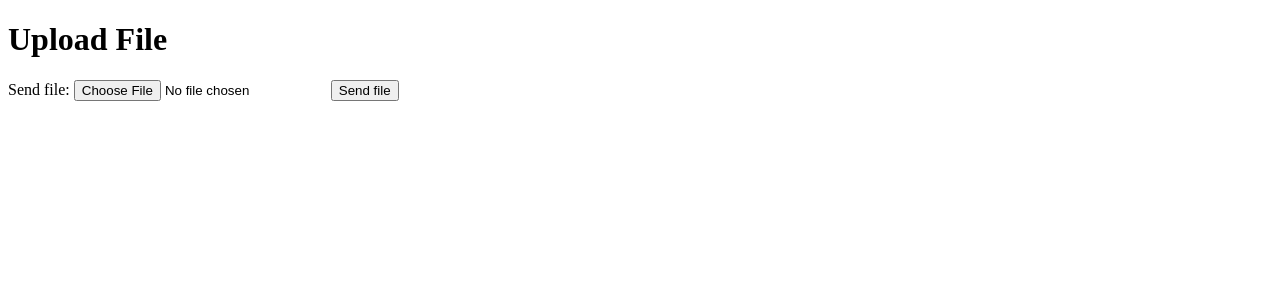
Repository: anhtu2110/backend
Page: http://localhost/backend/section-15-file/uload_image/index.php
The author's editor kept a copy of each file at every save. The page is drawn from the files as they stood at one save, then again after the next save.
The browser window is 1280 px wide. The pictures show the whole page.
The page is run by PHP 8.4 with error messages shown; the project is at /var/www/html/.

Above is the page before, as saved 2022-12-12 22:22:23.

### section-15-file/uload_image/index.php
<?php
if (isset($_POST['send_file'])) {
    #Xử lý upload đúng file ảnh
    $type_allow = array('png', 'jpg', 'gift', 'jpeg');
}
?>
<!DOCTYPE html>
<html lang="en">

<head>
    <meta charset="UTF-8">
    <meta http-equiv="X-UA-Compatible" content="IE=edge">
    <meta name="viewport" content="width=device-width, initial-scale=1.0">
    <title>Upload file ảnh lên server</title>
</head>

<body>
    <h1>Upload File</h1>
    <form action="" method="post" enctype="multipart/form-data">
        <label for="file">Send file:</label>
        <input type="file" name="file" id="file">
        <input type="submit" name="send_file" value="Send file">
    </form>
</body>

</html>

After the next save:
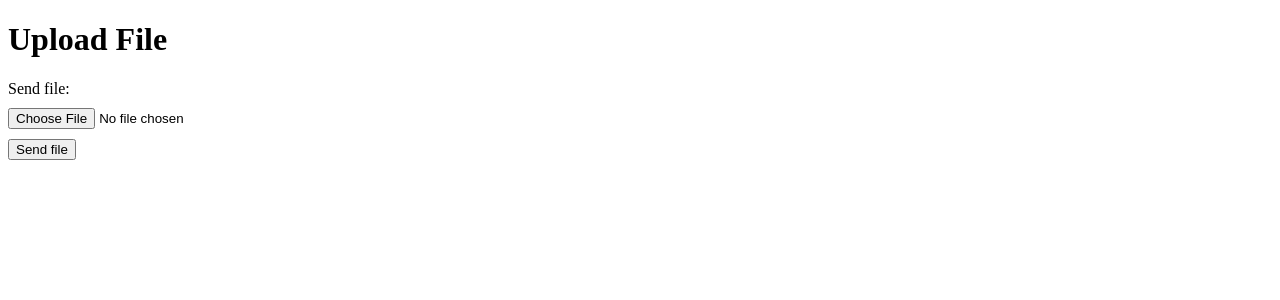
Saved 70 s later.
--- a/section-15-file/uload_image/index.php
+++ b/section-15-file/uload_image/index.php
@@ -8,6 +8,13 @@
 <html lang="en">
 
 <head>
+    <style>
+        label,
+        input {
+            display: block;
+            margin-bottom: 10px;
+        }
+    </style>
     <meta charset="UTF-8">
     <meta http-equiv="X-UA-Compatible" content="IE=edge">
     <meta name="viewport" content="width=device-width, initial-scale=1.0">
